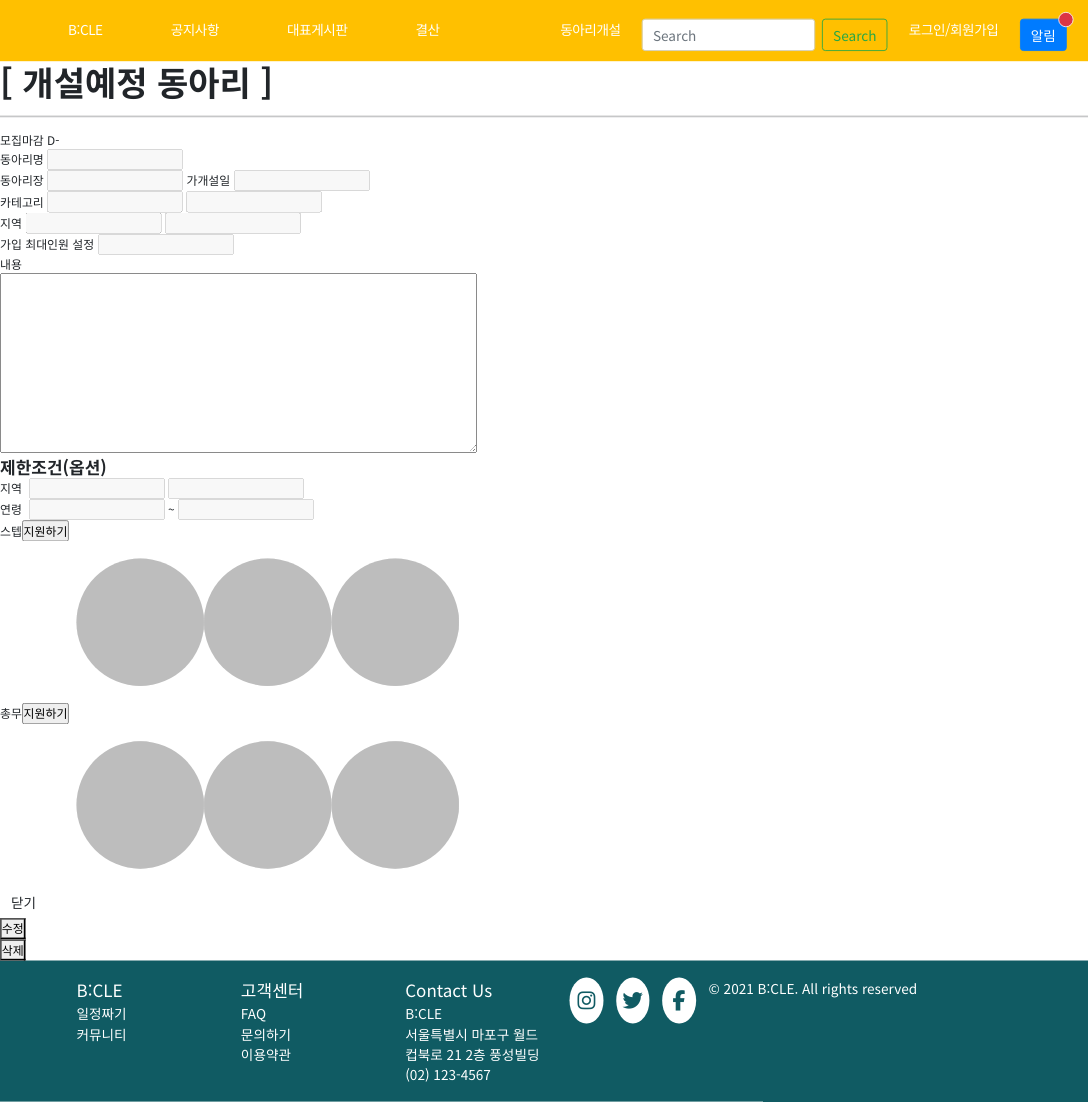
Repository: CHAEYUN7074/SpringProject_Bcle
Page: http://localhost/Bcle/ClubBeforeOpenedContents.jsp
These files come from the project's save history. The page is drawn as it stood at one moment and after the next save; the edit follows.
The browser window is 1280 px wide. The pictures show the whole page, at 85% of full size.
Some web fonts or font styles are not loaded; a fallback is used. Some web libraries are served in a nearby version. The page is served by Tomcat 9. The template is opened directly, without the code that normally fills it, so the values that code supplies are empty.

Above is the page before, as saved 2021-12-22 15:31:38.

### Bcle/WebContent/ClubBeforeOpenedContents.jsp
<%@ page contentType="text/html; charset=UTF-8"%>
<%@ taglib prefix="c" uri="http://java.sun.com/jsp/jstl/core"%>
<%
   request.setCharacterEncoding("UTF-8");
String cp = request.getContextPath();
%>
<!DOCTYPE html>
<html>
<head>
<meta charset="UTF-8">
<title>ClubBeforeOpenedContents.jsp</title>
<style type="text/css">
.box {
   width: 150px;
   height: 150px;
   border-radius: 70%;
   overflow: hidden;
}

.profile {
   width: 100%;
   height: 100%;
   object-fit: cover;
}

.container {
   display: flex;
}
</style>
</head>
<script type="text/javascript" src="http://code.jquery.com/jquery.min.js"></script>
<script type="text/javascript">
	$(function()
	{
		$(".updateBtn").click(function()
		{

			$(location).attr("href", "preclubupdateform.action?cid=" + $(this).val());



		});

		$(".deleteBtn").click(function()
		{

			if(confirm("현재 선택한 데이터를 정말 삭제하시겠습니까?"))
			{
				$(location).attr("href", "preclubdelete.action?cid=" + $(this).val());
			}
		});

	});

   //

$("#updateBtn").css("display", "none");





</script>
<body>
   <!--
ClubBeforeOpenedContents.jsp
- 메인화면(로그인 전) 페이지 2 -⑤ 회원 모집 동아리 상세페이지(내용)
- 개절예정 동아리(스탭프 지원(동의)받는중)
 -->
   <div class="wrap">
      <!-- 네브 영역 -->
      <div>
         <c:import url="nav.jsp"></c:import>
      </div>

      <!-- 콘텐츠 영역 -->
      <div id="content">
         <h1>[ 개설예정 동아리 ]</h1>
         <hr>
         <div>
            <p>모집마감 D- ${clubDetail.day} </p>
         </div>

         <div>
            <form action="">
               <div>
                  <p>   동아리명
                  <input type="text" id="title" name="title" value="${clubDetail.title }"  disabled="disabled">
                  </p>
                  <p>
                     동아리장
                     <input type="text" id="nickname" name="nickname" value="${clubDetail.nickname }" disabled="disabled">
                     가개설일
                     <input type="text" id="preopendate" name="preopendate" value="${clubDetail.preopendate}" disabled="disabled">
                  </p>
                  <div>
                     카테고리
                     <input type="text" id="l_cat" name="l_cat" value="${clubDetail.l_cat}" disabled="disabled">
                     <input type="text" id="s_cat" name="s_cat" value="${clubDetail.s_cat}" disabled="disabled">
                  </div>
                  <div>
                     지역
                     <input type="text"  value="${clubDetail.city}" disabled="disabled">
                     <input type="text" value="${clubDetail.local}" disabled="disabled">
                  </div>
                  <p>
                     가입 최대인원 설정
                     <input type="text" value="${clubDetail.max}" disabled="disabled">
                  </p>
                  <div>
                     <p>내용</p>
                     <textarea rows="10" cols="70">${clubDetail.content}</textarea>
                  </div>

                  <div>
                     <h5>제한조건(옵션)</h5>
                     <div>
                     <!-- if로 받아온 지역제한 코드가 'X'면 없음이나 '-'로
                     있으면 받아온 지역명으로 보이게-->
                        지역&nbsp;
                        <input type="text" value="${clubDetail.city}" disabled="disabled">
                        <input type="text" value="${clubDetail.local}" disabled="disabled">
                     </div>
                     <div>
                     <!-- if로 받아온 나이제한 코드가 'X'면 없음이나 '-'로
                     있으면 받아온 최대나이와 최소나이로 보이게  -->
                        연령&nbsp;
                        <input type="text" value="${clubDetail.min_age}" disabled="disabled">
                        ~
                        <input type="text" value="${clubDetail.max_age}" disabled="disabled">
                     </div>

                     <div>
                        스텝<input type="button" value="지원하기">
                        <div class="container">
                           <div class="box" style="background: #BDBDBD;">
                              <img class="profile" src="">
                           </div>
                           <div class="box" style="background: #BDBDBD;">
                              <img class="profile" src="">
                           </div>
                           <div class="box" style="background: #BDBDBD;">
                              <img class="profile" src="">
                           </div>
                        </div>
                     </div>

                     <div>
                        총무<input type="button" value="지원하기">
                        <div class="container">
                           <div class="box" style="background: #BDBDBD;">
                              <img class="profile" src="">
                           </div>
                           <div class="box" style="background: #BDBDBD;">
                              <img class="profile" src="">
                           </div>
                           <div class="box" style="background: #BDBDBD;">
                              <img class="profile" src="">
                           </div>
                        </div>
                     </div>

                     <div>
                              <button type="button" class="btn" id="closeBtn"
                              onclick="location.href='clubprelistform.action'">닫기</button>

                              <button type="button" class="updateBtn" id="updateBtn"  onclick="checkId()" value="${clubDetail.cid }" style="display:block">수정</button>
							  <button type="button" class="deleteBtn" onclick="checkId2()"	value="${clubDetail.cid }">삭제</button>
                           </div>


                  </div>


               </div>
            </form>
         </div>
      </div>
      <!-- 풋터영역 -->
      <div>
         <c:import url="footer.jsp"></c:import>
      </div>

   </div>




</body>
</html>

### Bcle/WebContent/nav.jsp
<%@ page contentType="text/html; charset=UTF-8"%>
<%@ taglib prefix="c" uri="http://java.sun.com/jsp/jstl/core"%>
<%
	request.setCharacterEncoding("UTF-8");
String cp = request.getContextPath();
%>
<!DOCTYPE html>
<html lang="ko">
<head>
<meta charset="UTF-8">
<meta name="viewport" content="width=device-width, initial-scale=1">
<title>B:CLE</title>
<!-- <link rel="stylesheet" href="css/main.css"> -->
<link rel="stylesheet" href="css/font-awesome.min.css">
<link
	href="https://cdn.jsdelivr.net/npm/bootstrap@5.1.3/dist/css/bootstrap.min.css"
	rel="stylesheet"
	integrity="sha384-1BmE4kWBq78iYhFldvKuhfTAU6auU8tT94WrHftjDbrCEXSU1oBoqyl2QvZ6jIW3"
	crossorigin="anonymous">

<style>
@import
	url('https://fonts.googleapis.com/css?family=Exo+2|Noto+Sans+KR&display=swap')
	;
/*reset*/
* {
	margin: 0;
	padding: 0;
}
body {
	margin: 0;
}
h1, h2, h3, h4, h5, h6, p, ul, ol, li, dl, dt, dd {
	margin: 0;
	padding: 0;
}
h1, h2, h3, h4, h5, h6 {
	font-weight: 700;
	font-size: inherit;
}
a {
	color: inherit;
	text-decoration: inherit;
}
img {
	vertical-align: middle;
}
a img {
	border: none;
}
li {
	list-style: none;
}
address, em, i, ul {
	font-style: normal;
}
.mo {
	display: none;
}
body {
	font-family: 'Noto Sans KR', sans-serif;
	font-size: 14px;
}
header {
	font-family: 'Noto Sans KR', sans-serif;
	letter-spacing: -0.5px;
	background: rgb(255, 192, 0);
	color: white;
	height: 10vh;
	width: 100%;
	position: relative;
	margin-top: -20px;
}
.mainHeader {
	width: 100%;
	margin-top: 20px;
	box-sizing: border-box;
	vertical-align: center;
}
.mainHeader .gnbMo {
	display: none;
}
.mainHeader .gnb {
	float: left;
	margin-left: 80px;
	margin-top: 3vh;
}
.mainHeader .gnb li {
	float: left;
	margin-right: 80px;
}
.mainHeader .gnb li a {
	display: block;
	width: 100%;
	height: 100%;
	text-align: center;
	color: #fff;
	font-size: 16px;
	text-decoration-line: none;
}
.mainHeader .gnb li a:hover, .mainHeader .gnb li a:focus {
	color: #ff8342;
}
.mainHeader .tnb {
	float: right;
	margin-top: 3vh;
}
.mainHeader .tnb li {
	float: left;
	margin-right: 25px;
}
.mainHeader .tnb li a {
	display: block;
	width: 100%;
	height: 100%;
	text-align: center;
	font-size: 16px;
	color: #fff;
	text-decoration-line: none;
}
.mainHeader .tnb li:nth-child(1) a i, .mainHeader .tnb li:nth-child(2) a i
	{
	font-size: 20px;
	margin-right: 8px;
}
.mainHeader .tnb li:last-child a {
	display: block;
	width: 105px;
	line-height: 2;
	border: 1px solid #fff;
	border-radius: 30px;
	margin-top: 35px;
}
.mainHeader .tnb li:last-child a i {
	margin-left: 5px;
}
.mainHeader .tnb li:last-child a:hover {
	background: #fff;
	color: #ff8342;
	transition: all 0.3s;
}
.btn-primary {
    color: #fff;
    background-color: #105b63;
    border-color: #105b63;
}
</style>


</head>
<body>

	<c:choose>
		<c:when test="${!empty id }">
			<header>
				<div class="mainHeader">
					<nav class="gnb">
						<ul>
							<li><a href="#">B:CLE</a></li>
							<li><a href="#">공지사항</a></li>
							<li><a href="#">대표게시판</a></li>
							<li><a href="#">결산</a></li>
						</ul>
					</nav>
					<nav class="tnb">
						<ul>

							<li><a href="clubinsertform.action">동아리개설</a></li>

							<li>
								<form class="d-flex">
									<input class="form-control me-2" type="search"
										placeholder="Search" aria-label="Search">
									<button class="btn btn-outline-success" type="submit">Search</button>
								</form>
							</li>



							<!-- 값을 넘겨보려 시도했는데 실패...ㅠ 다시 해볼게요 - 현정 -->
							<li><a href="#">마이페이지</a></li>
							<li><button type="button"
									class="btn btn-primary position-relative">
									알림 <span
										class="position-absolute top-0 start-100 translate-middle p-2 bg-danger border border-light rounded-circle">
										<span class="visually-hidden">New alerts</span>
									</span>
								</button></li>
							<li><a href="logout.action">로그아웃</a></li>
						</ul>
					</nav>
					<nav class="gnbMo">
						<a href="#"><i class="fa fa-bars" aria-hidden="true"></i></a>
					</nav>
				</div>
			</header>
		</c:when>
		<c:otherwise>
			<header>
				<div class="mainHeader">
					<nav class="gnb">
						<ul>
							<li><a href="#">B:CLE</a></li>
							<li><a href="#">공지사항</a></li>
							<li><a href="#">대표게시판</a></li>
							<li><a href="#">결산</a></li>
						</ul>
					</nav>
					<nav class="tnb">
						<ul>

							<li><a href="clubinsertform.action">동아리개설</a></li>

							<li>
								<form class="d-flex">
									<input class="form-control me-2" type="search"
										placeholder="Search" aria-label="Search">
									<button class="btn btn-outline-success" type="submit">Search</button>
								</form>
							</li>




							<li><a href="#"></i>로그인/회원가입</a></li>
							<li><button type="button"
									class="btn btn-primary position-relative">
									알림 <span
										class="position-absolute top-0 start-100 translate-middle p-2 bg-danger border border-light rounded-circle">
										<span class="visually-hidden">New alerts</span>
									</span>
								</button></li>
						</ul>
					</nav>
					<nav class="gnbMo">
						<a href="#"><i class="fa fa-bars" aria-hidden="true"></i></a>
					</nav>
				</div>
			</header>
		</c:otherwise>
	</c:choose>
	<!--header-->




</body>
</html>

<!-- 검색부분에 쓸 부트스트랩 -->
<!--       <form class="d-flex">
        <input class="form-control me-2" type="search" placeholder="Search" aria-label="Search">
        <button class="btn btn-outline-success" type="submit">Search</button>
      </form> -->

### Bcle/WebContent/footer.jsp
<%@ page contentType="text/html; charset=UTF-8"%>
<%@ taglib prefix="c" uri="http://java.sun.com/jsp/jstl/core"%>
<%
	request.setCharacterEncoding("UTF-8");
	String cp = request.getContextPath();
%>
<!DOCTYPE html>
<html>
<head>
<meta charset="utf-8">
<title>B:CLE Footer(예비용)</title>

<link
	href="https://cdn.jsdelivr.net/npm/bootstrap@4.4.1/dist/css/bootstrap.min.css"
	rel="stylesheet">
<script
	src="https://cdn.jsdelivr.net/npm/bootstrap@4.4.1/dist/js/bootstrap.bundle.min.js"></script>
<link rel="preconnect" href="https://fonts.googleapis.com">
<link rel="preconnect" href="https://fonts.gstatic.com">
<link
	href="https://fonts.googleapis.com/css2?family=Noto+Sans+KR:wght@400;700&display=swap"
	rel="stylesheet">
<script src="https://kit.fontawesome.com/dab690a483.js" crossorigin="anonymous"></script>
<style type="text/css">

/*reset*/
* {margin: 0;padding: 0;}
body {margin: 0;}
h1, h2, h3, h4, h5, h6, p, ul, ol, li, dl, dt, dd {margin: 0; padding: 0;}
h1, h2, h3, h4, h5, h6 {font-weight: 700; }
a {color: inherit; text-decoration: inherit;}
img {vertical-align: middle;}
a img {border: none;}
li {list-style: none;}
address, em, i, ul {font-style: normal;}

/*layout*/
.mo {display: none;}
.en {font-family: 'Exo 2', sans-serif;}
body {font-family: 'Noto Sans KR', sans-serif; font-size: 14px;}
.wrap {margin: 0 auto; }

#footer-wrapper
{
	background-color: #105B63;
	font-family: 'Noto Sans KR', sans-serif;
	font-size: 12pt;
	/* position:fixed; */
}
.title
{
	font-family: 'Noto Sans KR', sans-serif;
	font-size: 15pt;
	color: white;
}

.container
{
	padding: 20px;
}

ul
{
   list-style:none;
   padding-left:0px;
}
a.menuitem
{
	text-decoration: none;
	text-align: center;
	color: white;
}
a.menuitem
{
	text-decoration: none;
	text-align: center;
	color: white;
}
a.menuitem:hover
{
	color: #FFD34E;
}

p.menuitem
{
	color: white;
}
.second-box
{
  display: flex;
  justify-content: flex-end;
}

.icon
{
  /* width: 40%; */
  display: flex;
  justify-content: flex-end;
  color: #105B63;
}

.icon-box
{
  width: 54px;
  height: 54px;
  background-color: white;
  border-radius: 50%;
  margin-right: 15px;
  display: flex;
  justify-content: center;
  align-items: center;
}

.icon
{
  font-size: 24px;
}
.icon:hover {
  color: #FFD34E;
}

ul.menu
{
	color: white;
}

</style>

</head>
<body>

<!-- Footer -->
<div id="footer-wrapper">
	<footer id="footer" class="container">
		<div class="row">
			<div class="col-3 col-6-medium col-12-small">

				<!-- Links -->
					<section class="widget links">
						<div class="title">B:CLE</div>
						<ul class="style2">
							<li><a href="#" class="menuitem">일정짜기</a></li>
							<li><a href="mainhome.action" class="menuitem">커뮤니티</a></li>
							<!-- <li><a href="#">Felis varius pellentesque potenti</a></li>
							<li><a href="#">Nullam scelerisque blandit leo</a></li> -->
						</ul>
					</section>

			</div>
			<div class="col-3 col-6-medium col-12-small">

				<!-- Links -->
					<section class="widget links">
						<div class="title">고객센터</div>
						<ul class="style2">
							<li><a href="#" class="menuitem">FAQ</a></li>
							<li><a href="#" class="menuitem">문의하기</a></li>
							<li><a href="#" class="menuitem">이용약관</a></li>
							<!-- <li><a href="#">Felis varius pellentesque potenti</a></li>
							<li><a href="#">Nullam scelerisque blandit leo</a></li> -->
						</ul>
					</section>

			</div>

			<div class="col-3 col-6-medium col-12-small">

				<!-- Contact -->
					<section class="widget contact last">
						<div class="title">Contact Us</div>

						<p class="menuitem">B:CLE<br />
						서울특별시 마포구 월드컵북로 21 2층 풍성빌딩<br />
						(02) 123-4567</p>
					</section>

			</div>

			<div class="col-3 col-6-medium col-12-small">

				<!-- 아이콘 -->
				<!-- <section class="widget contact last icon"> -->
					<div class="second-box">
			              <div class="icon-box">
			                  <i class="fab fa-instagram icon"></i>
			              </div>
			              <div class="icon-box">
			                  <i class="fab fa-twitter icon"></i>
			              </div>
			              <div class="icon-box">
			                  <i class="fab fa-facebook-f icon"></i>
			              </div>
					</div>
				<!-- </section> -->

			</div>

		</div>

		<div class="row">
			<div class="col-12">
				<div id="copyright">
					<ul class="menu" style="text-align: center;">
						<li>&copy; 2021 B:CLE. All rights reserved</li>
					</ul>
				</div>
			</div>
		</div>
	</footer>
</div>

</body>
</html>

After the next save:
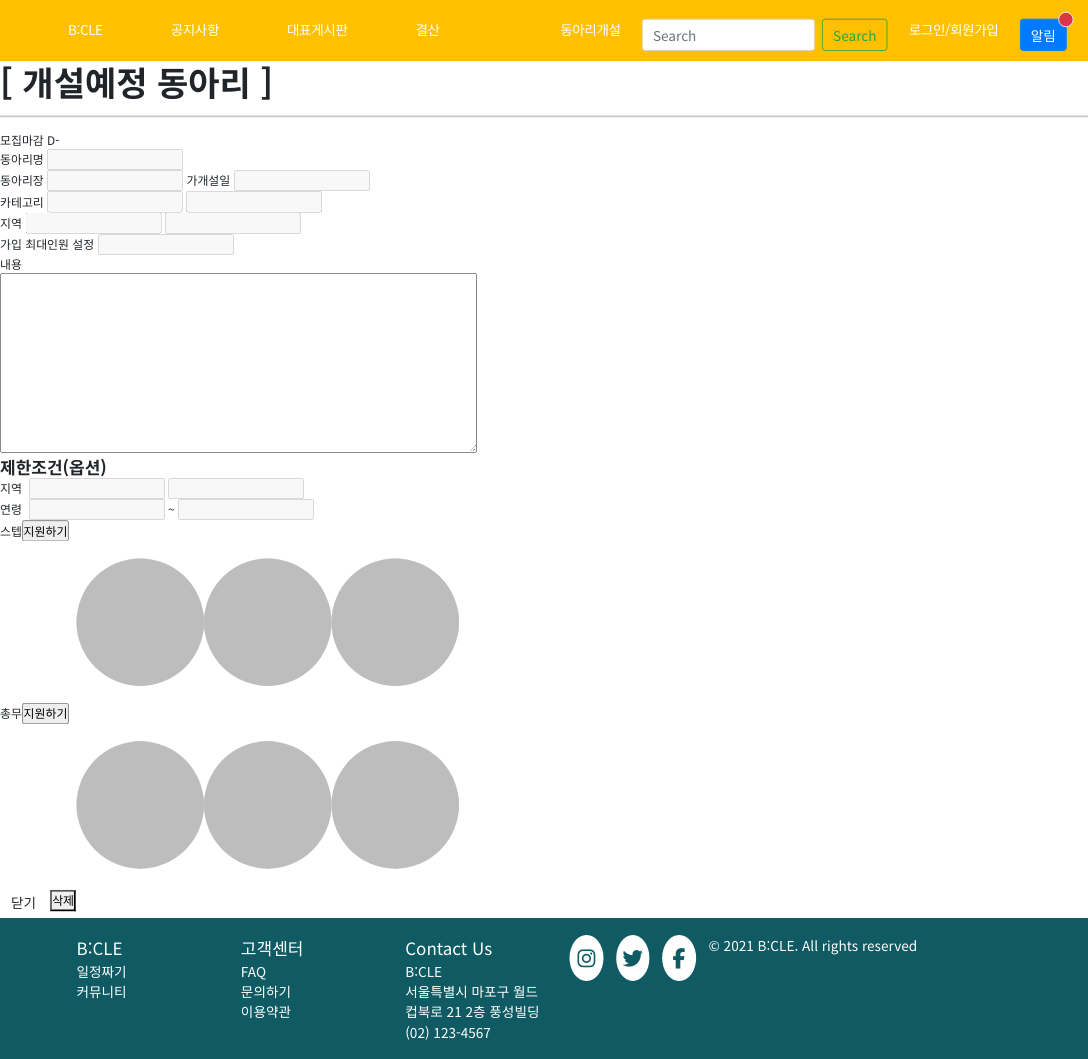
Saved 100 s later.
--- a/Bcle/WebContent/ClubBeforeOpenedContents.jsp
+++ b/Bcle/WebContent/ClubBeforeOpenedContents.jsp
@@ -54,7 +54,7 @@ String cp = request.getContextPath();
 
    //
 
-$("#updateBtn").css("display", "none");
+
 
 
 
@@ -187,4 +187,7 @@ ClubBeforeOpenedContents.jsp
 
 
 </body>
+<script>
+$("#updateBtn").css("display", "none");
+</script>
 </html>
